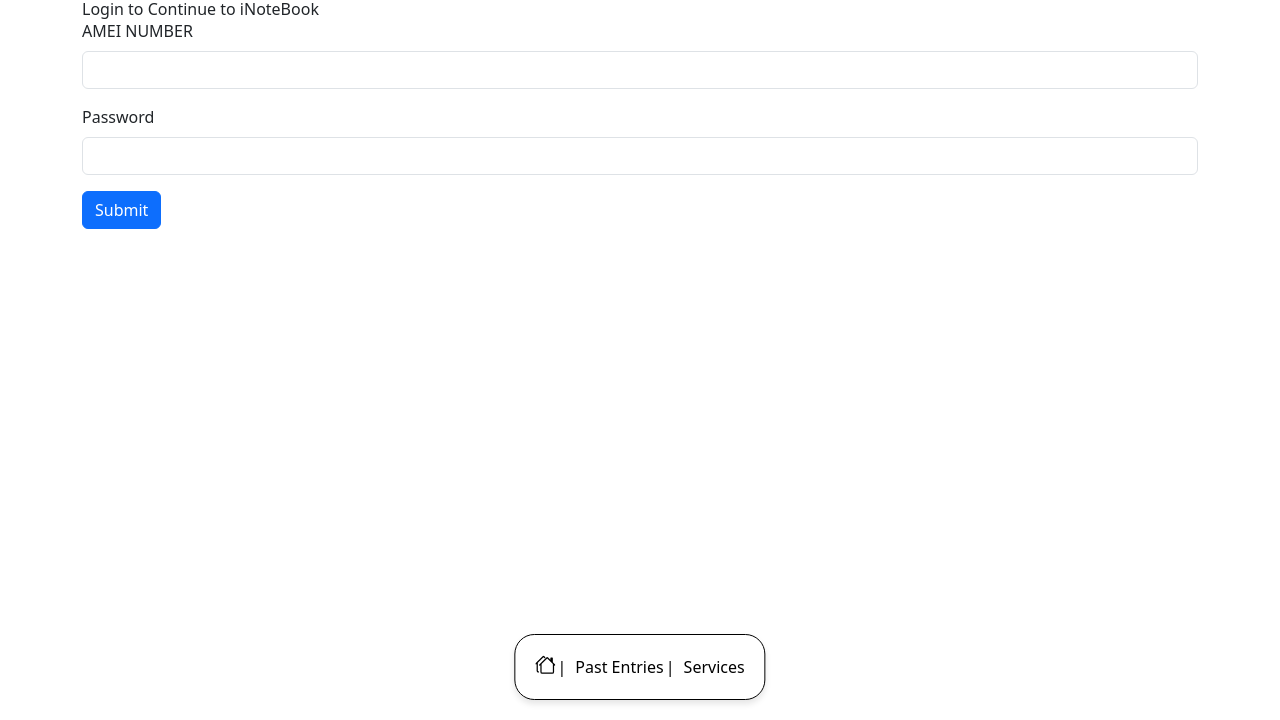
Repository: shash0708/GMR-Lines
Page: /login (app in frontend/)
An editor plug-in stored every save of this project. The page is shown before and after the next save, followed by the edit.
The browser window is 1280 px wide. The pictures show the whole page.
The page's requests for data from a server got no answer. The project was rebuilt for these pictures with package versions that can differ from the ones it lists, and the page was loaded fresh each time. No one was signed in, and anything a server would have sent is missing. Also part of the build but not shown: frontend/src/components/Buttons/Buttons.component.jsx, frontend/src/components/Home/Home.component.jsx, frontend/src/components/Form/Form.css, frontend/src/components/speedDail/SpeedDail.component.jsx, frontend/src/components/Form/Form.component.jsx, frontend/src/components/Card/Card.jsx, frontend/src/components/Card/Card.css, frontend/src/components/Card/Card.component.jsx and 4 more.

Above is the page before, as saved 2024-09-08 23:30:01.

After the next save:
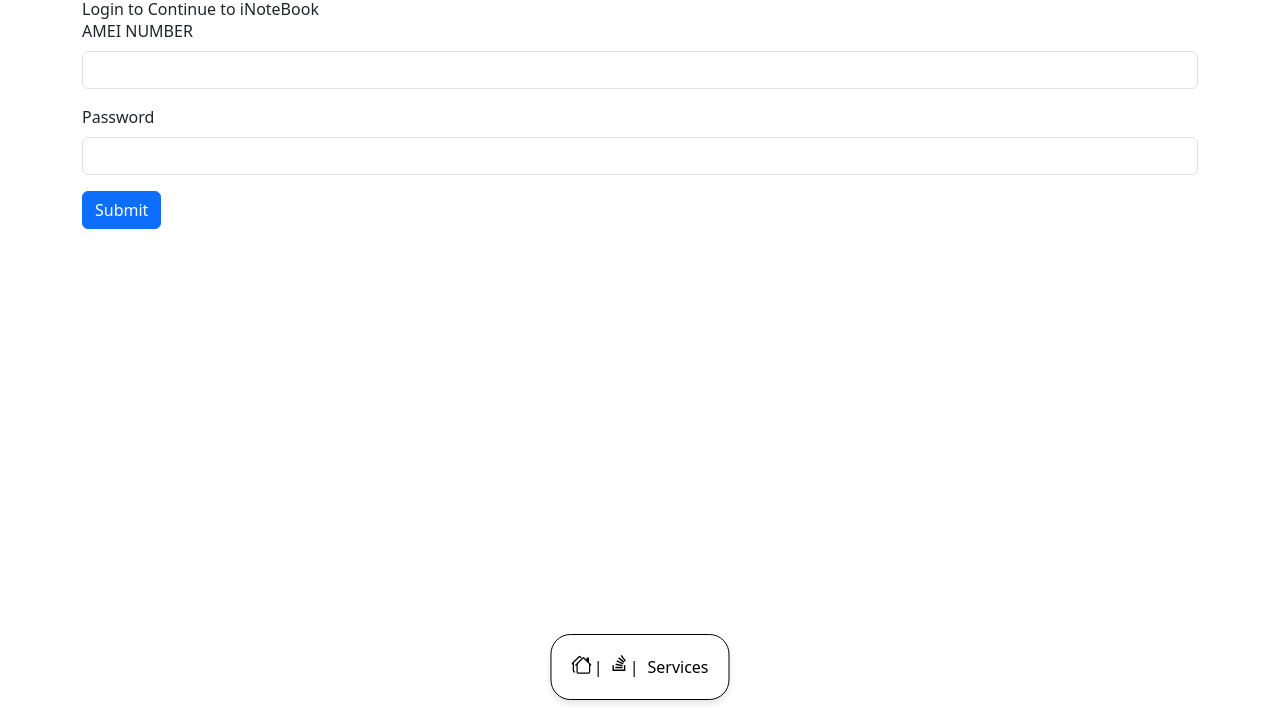
Saved 53 s later.
--- a/frontend/src/components/Header/Header.component.jsx
+++ b/frontend/src/components/Header/Header.component.jsx
@@ -46,7 +46,10 @@
         <a href="#home"><svg xmlns="http://www.w3.org/2000/svg" width="20" height="20" fill="currentColor" class="bi bi-houses" viewBox="0 0 16 16">
   <path d="M5.793 1a1 1 0 0 1 1.414 0l.647.646a.5.5 0 1 1-.708.708L6.5 1.707 2 6.207V12.5a.5.5 0 0 0 .5.5.5.5 0 0 1 0 1A1.5 1.5 0 0 1 1 12.5V7.207l-.146.147a.5.5 0 0 1-.708-.708zm3 1a1 1 0 0 1 1.414 0L12 3.793V2.5a.5.5 0 0 1 .5-.5h1a.5.5 0 0 1 .5.5v3.293l1.854 1.853a.5.5 0 0 1-.708.708L15 8.207V13.5a1.5 1.5 0 0 1-1.5 1.5h-8A1.5 1.5 0 0 1 4 13.5V8.207l-.146.147a.5.5 0 1 1-.708-.708zm.707.707L5 7.207V13.5a.5.5 0 0 0 .5.5h8a.5.5 0 0 0 .5-.5V7.207z"/>
 </svg></a>
-        <a href="#about">Past Entries</a>
+        <a href="#about"><svg xmlns="http://www.w3.org/2000/svg" width="16" height="16" fill="currentColor" class="bi bi-stack-overflow" viewBox="0 0 16 16">
+  <path d="M12.412 14.572V10.29h1.428V16H1v-5.71h1.428v4.282z"/>
+  <path d="M3.857 13.145h7.137v-1.428H3.857zM10.254 0 9.108.852l4.26 5.727 1.146-.852zm-3.54 3.377 5.484 4.567.913-1.097L7.627 2.28l-.914 1.097zM4.922 6.55l6.47 3.013.603-1.294-6.47-3.013zm-.925 3.344 6.985 1.469.294-1.398-6.985-1.468z"/>
+</svg></a>
         <a href="#services">Services</a>
         {/* <a href="#contact">Contact</a> */}
       </div>
